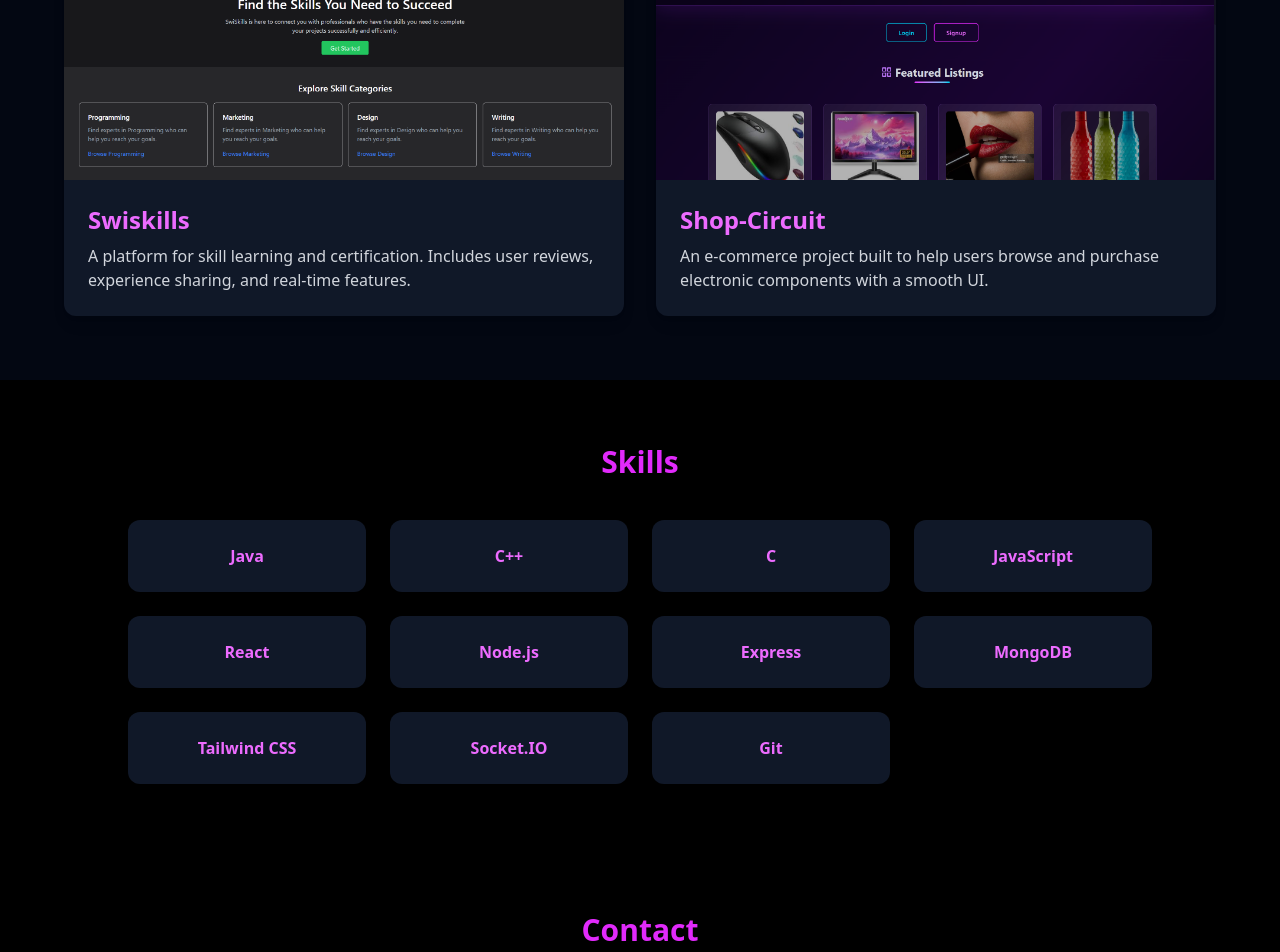
Repository: abhaysharma20233009/portfolio
Page: /
An editor plug-in stored every save of this project. The page is shown before and after the next save, followed by the edit.
The browser window is 1280 px wide. The pictures show the part of the page from y = 920 to 1872 px (the page is 1972 px tall before and 1996 px after).
The project was rebuilt for these pictures with package versions that can differ from the ones it lists, and the page was loaded fresh each time. Also part of the build but not shown: vite.config.js, src/App.css. Imported but missing from the stored project, and not drawn on this page: src/assets/bg.mp4.

Above is the page before, as saved 2025-05-20 17:51:49.

After the next save:
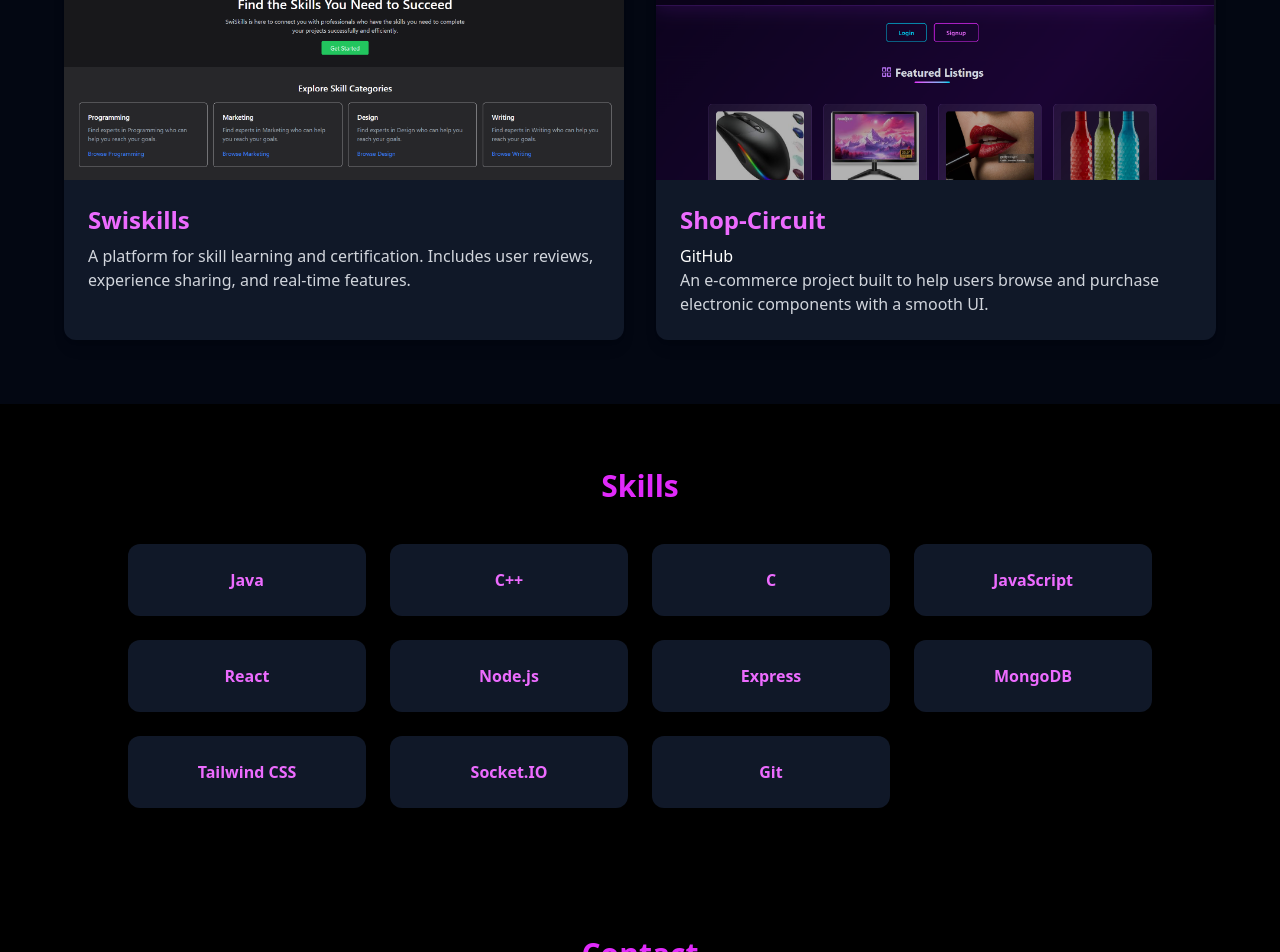
Saved 10 s later.
--- a/src/App.jsx
+++ b/src/App.jsx
@@ -59,7 +59,7 @@ function App() {
             <img src={shopCircuitImg} alt="Shop-Circuit" className="w-full h-60 object-cover" />
             <div className="p-6">
               <h3 className="text-2xl font-semibold text-fuchsia-400 mb-2">Shop-Circuit</h3>
-              <a href="https://github.com/abhaysharma20233009/Shop-Circuit"></a>
+              <a href="https://github.com/abhaysharma20233009/Shop-Circuit">GitHub</a>
               <p className="text-gray-300">
                 An e-commerce project built to help users browse and purchase electronic components with a smooth UI.
               </p>
